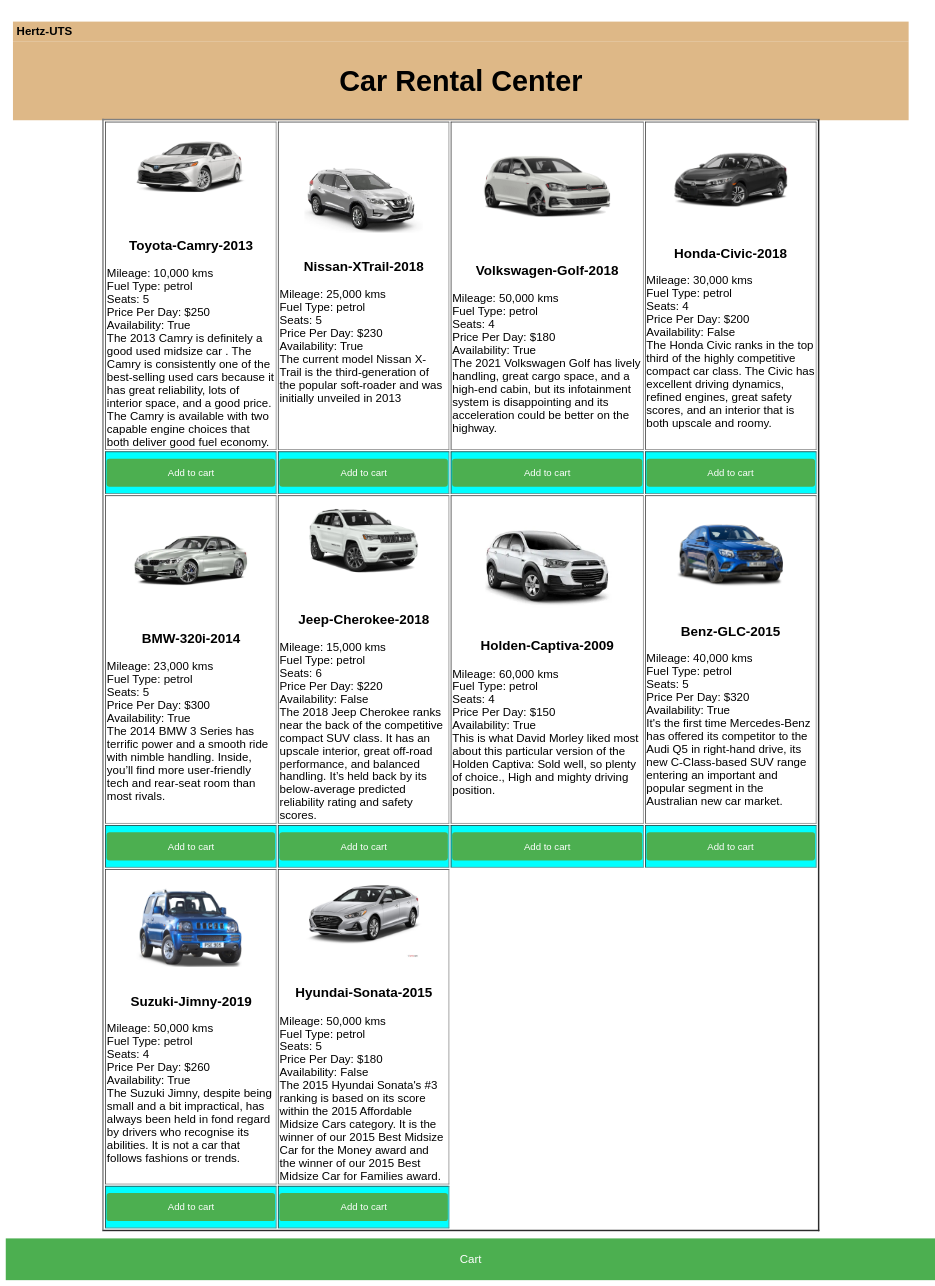
Repository: ThawZin-Raymond/31748-POTI-Car-Rental-System
Page: http://localhost/
The author's editor kept a record of every edit. The page is drawn from the files as they stood at one moment, then again after the next edit.
The browser window is 1280 px wide. The page is 1299 px wide, so the pictures cover 1299 px, including what lies to the right of the window. The pictures show the whole page, at 72% of full size.
The page is run by PHP 8.4 with error messages shown; the project is at /var/www/html/.

Above is the page before.

### index.php
<?php
session_start();
if(!isset($_SESSION['shoppingcart'])){
	$_SESSION['shoppingcart']=0;
	$_SESSION['count']=0;
}
?>

<!DOCTYPE html>
<html>
	<head>
		<script type="text/javascript" src="my.js"></script>
		<title>Car Rental Shop</title>

		<link rel = "stylesheet" href = "mystyle.css">

	</head>

	<body>
		<div class="top_bar">
			<div class="header_bar">
				<div class="header">
					<b>Hertz-UTS</b>
				</div>
				<div align="center" class="header">
					<h1>Car Rental Center</h1>
				</div>

			</div>
		</div>

		<div class="main_body">
			<table class="main_table" align ="center" border="2" width="80%">
				<tr>
					<td class="image_details">
						<img border="0" src="images/Camry.jpg" class="img"><br>
						<h3><a class="title">Toyota-Camry-2013</a></h3>
						<a class="category">Mileage: 10,000 kms</a><br>
						<a class="category">Fuel Type: petrol</a><br>
						<a class="category">Seats: 5</a><br>
						<a class="category">Price Per Day: $250</a><br>
						<a class="category">Availability: True</a><br>
						<a class="category"> The 2013 Camry is definitely a good used midsize car . The Camry is consistently one of the best-selling used cars because it has great reliability, lots of interior space, and a good price. The Camry is available with two capable engine choices that both deliver good fuel economy.</a>

						</td>

					<td  class="image_details" >
						<img border="0" src="images/X-trail.jpg" class="img"><br>
						<h3><a class="title">Nissan-XTrail-2018</a></h3>
						<a class="category">Mileage: 25,000 kms</a><br>
						<a class="category">Fuel Type: petrol</a><br>
						<a class="category">Seats: 5</a><br>
						<a class="category">Price Per Day: $230</a><br>
						<a class="category">Availability: True</a><br>
						<a class="category">The current model Nissan X-Trail is the third-generation of the popular soft-roader and was initially unveiled in 2013</a>
						</td>
					<td class="image_details" >
						<img border="0" src="images/Golf.jpg" class="img"><br>
						<h3><a class="title">Volkswagen-Golf-2018</a></h3>
						<a class="category">Mileage: 50,000 kms</a><br>
						<a class="category">Fuel Type: petrol</a><br>
						<a class="category">Seats: 4</a><br>
						<a class="category">Price Per Day: $180</a><br>
						<a class="category">Availability: True</a><br>
						<a class="category">The 2021 Volkswagen Golf has lively handling, great cargo space, and a high-end cabin, but its infotainment system is disappointing and its acceleration could be better on the highway.</a>
						</td>
					<td class="image_details" >
						<img border="0" src="images/Civic.jpg" class="img"><br>

						<h3><a class="title">Honda-Civic-2018</a></h3>
						<a class="category">Mileage: 30,000 kms</a><br>
						<a class="category">Fuel Type: petrol</a><br>
						<a class="category">Seats: 4</a><br>
						<a class="category">Price Per Day: $200</a><br>
						<a class="category">Availability: False</a><br>
						<a class="category">The Honda Civic ranks in the top third of the highly competitive compact car class. The Civic has excellent driving dynamics, refined engines, great safety scores, and an interior that is both upscale and roomy.</a></td>

						</td>
				<tr>
					<td class="addtocart_td" align="center">
						<form method="POST" action = cart.php onsubmit = "return ValidateAvailability()">
						<input type="hidden" id="ava[0]" name="ava" value="true">
						<input type="hidden" id="Model_year" name="Model_year" value="2013">
						<input type="hidden" id="Brand" name="Brand" value="Toyota">
						<input type="hidden" id="Model" name="Model" value="Camry">
						<input type="hidden" id="Price_per_day" name="Price_per_day" value="250">
						<input type="submit" id="Addcart" name="submit" value="Add to cart"></form>
					</td>
					<td class="addtocart_td" align="center">
						<form method="POST" action = cart.php onsubmit = "return ValidateAvailability1()">
						<input type="hidden" id="ava[1]" name="ava" value="true">
						<input type="hidden" id="Model_year" name="Model_year" value="2018">
						<input type="hidden" id="Brand" name="Brand" value="Nissan">
						<input type="hidden" id="Model" name="Model" value="X-trail">
						<input type="hidden" id="Price_per_day" name="Price_per_day" value="230">
						<input type="submit" id="Addcart" name="submit" value="Add to cart"></form>
					</td>
					<td class="addtocart_td" align="center">
						<form method="POST" action = cart.php onsubmit = "return ValidateAvailability2()">
						<input type="hidden" id="ava[2]" name="ava" value="true">
						<input type="hidden" id="Model_year" name="Model_year" value="2018">
						<input type="hidden" id="Brand" name="Brand" value="Volkswagen">
						<input type="hidden" id="Model" name="Model" value="Golf">
						<input type="hidden" id="Price_per_day" name="Price_per_day" value="180">
						<input type="submit" id="Addcart" name="submit" value="Add to cart"></form>
					</td>
					<td class="addtocart_td" align="center">
						<form method="POST" action = cart.php onsubmit = "return ValidateAvailability3()">
						<input type="hidden" id="ava[3]" name="ava" value="false">
						<input type="hidden" id="Model_year" name="Model_year" value="2018">
						<input type="hidden" id="Brand" name="Brand" value="Honda">
						<input type="hidden" id="Model" name="Model" value="Civic">
						<input type="hidden" id="Price_per_day" name="Price_per_day" value="200">
						<input type="submit" id="Addcart" name="submit" value="Add to cart"></form>
					</td>
				</tr>
				</tr>
					<td class="image_details" >
						<img border="0" src="images/320i.jpg" class="img"><br>
						<h3><a class="title">BMW-320i-2014</a></h3>
						<a class="category">Mileage: 23,000 kms</a><br>
						<a class="category">Fuel Type: petrol</a><br>
						<a class="category">Seats: 5</a><br>
						<a class="category">Price Per Day: $300</a><br>
						<a class="category">Availability: True</a><br>
						<a class="category"> The 2014 BMW 3 Series has terrific power and a smooth ride with nimble handling. Inside, you’ll find more user-friendly tech and rear-seat room than most rivals.</a>

					</td>
					<td class="image_details" >
						<img border="0" src="images/Cherokee.jpg" class="img"><br>
						<h3><a class="title">Jeep-Cherokee-2018</a></h3>
						<a class="category">Mileage: 15,000 kms</a><br>
						<a class="category">Fuel Type: petrol</a><br>
						<a class="category">Seats: 6</a><br>
						<a class="category">Price Per Day: $220</a><br>
						<a class="category">Availability: False</a><br>
						<a class="category">The 2018 Jeep Cherokee ranks near the back of the competitive compact SUV class. It has an upscale interior, great off-road performance, and balanced handling. It’s held back by its below-average predicted reliability rating and safety scores.</a>

					</td>
					<td class="image_details" >
						<img border="0" src="images/Captiva.jpg" class="img"><br>
						<h3><a class="title">Holden-Captiva-2009</a></h3>
						<a class="category">Mileage: 60,000 kms</a><br>
						<a class="category">Fuel Type: petrol</a><br>
						<a class="category">Seats: 4</a><br>
						<a class="category">Price Per Day: $150</a><br>
						<a class="category">Availability: True</a><br>
						<a class="category">This is what David Morley liked most about this particular version of the Holden Captiva: Sold well, so plenty of choice., High and mighty driving position.</a>
					</td>
					<td class="image_details" >
						<img border="0" src="images/GLC.jpg" class="img"><br>
						<h3><a class="title">Benz-GLC-2015</a></h3>
						<a class="category">Mileage: 40,000 kms</a><br>
						<a class="category">Fuel Type: petrol</a><br>
						<a class="category">Seats: 5</a><br>
						<a class="category">Price Per Day: $320</a><br>
						<a class="category">Availability: True</a><br>
						<a class="category">It's the first time Mercedes-Benz has offered its competitor to the Audi Q5 in right-hand drive, its new C-Class-based SUV range entering an important and popular segment in the Australian new car market.</a>

					</td>
				<tr>
					<td class="addtocart_td" align="center">
						<form method="POST" action="cart.php" onsubmit="return ValidateAvailability4();">
						<input type="hidden" id="ava[4]" name="ava" value="true">
						<input type="hidden" id="Model_year" name="Model_year" value="2014">
						<input type="hidden" id="Brand" name="Brand" value="BMW">
						<input type="hidden" id="Model" name="Model" value="320i">
						<input type="hidden" id="Price_per_day" name="Price_per_day" value="300">

						<input type="submit" id="submit" name="submit" value="Add to cart">
						</form>
					</td>
					<td class="addtocart_td" align="center">
						<form method="POST" action = cart.php onsubmit = "return ValidateAvailability5()">
						<input type="hidden" id="ava[5]" name="ava" value="false">
						<input type="hidden" id="Model_year" name="Model_year" value="2018">
						<input type="hidden" id="Brand" name="Brand" value="Jeep">
						<input type="hidden" id="Model" name="Model" value="Cherokee">
						<input type="hidden" id="Price_per_day" name="Price_per_day" value="220">
						<input type="submit" id="Addcart" name="submit" value="Add to cart">
						</form>
					</td>
					<td class="addtocart_td" align="center">
						<form method="POST" action = cart.php onsubmit = "return ValidateAvailability6()">
						<input type="hidden" id="ava[6]" name="ava" value="true">
						<input type="hidden" id="Model_year" name="Model_year" value="2009">
						<input type="hidden" id="Brand" name="Brand" value="Holden">
						<input type="hidden" id="Model" name="Model" value="Captiva">
						<input type="hidden" id="Price_per_day" name="Price_per_day" value="150">
						<input type="submit" id="Addcart" name="submit" value="Add to cart">
						</form>
					</td>
					<td class="addtocart_td" align="center">
						<form method="POST" action = cart.php onsubmit = "return ValidateAvailability7()">
						<input type="hidden" id="ava[7]" name="ava" value="true">
						<input type="hidden" id="Model_year" name="Model_year" value="2015">
						<input type="hidden" id="Brand" name="Brand" value="Benz">
						<input type="hidden" id="Model" name="Model" value="GLC">
						<input type="hidden" id="Price_per_day" name="Price_per_day" value="320">
						<input type="submit" id="Addcart" name="submit" value="Add to cart"></form>
					</td>

				</tr>
				<tr>
					<td class="image_details" >
						<img border="0" src="images/Jimny.jpg" class="img"><br>
						<h3><a class="title">Suzuki-Jimny-2019</a></h3>
						<a class="category">Mileage: 50,000 kms</a><br>
						<a class="category">Fuel Type: petrol</a><br>
						<a class="category">Seats: 4</a><br>
						<a class="category">Price Per Day: $260</a><br>
						<a class="category">Availability: True</a><br>
						<a class="category"> The Suzuki Jimny, despite being small and a bit impractical, has always been held in fond regard by drivers who recognise its abilities. It is not a car that follows fashions or trends.</a>
					</td>
					<td class="image_details" >
						<img border="0" src="images/Sonata.jpg" class="img"><br>
						<h3><a class="title">Hyundai-Sonata-2015</a></h3>
						<a class="category">Mileage: 50,000 kms</a><br>
						<a class="category">Fuel Type: petrol</a><br>
						<a class="category">Seats: 5</a><br>
						<a class="category">Price Per Day: $180</a><br>
						<a class="category">Availability: False</a><br>
						<a class="category">The 2015 Hyundai Sonata's #3 ranking is based on its score within the 2015 Affordable Midsize Cars category. It is the winner of our 2015 Best Midsize Car for the Money award and the winner of our 2015 Best Midsize Car for Families award.</a>

					</td>
				</tr>
				<tr >
					<td class="addtocart_td" align="center">
						<form method="POST" action = cart.php onsubmit = "return ValidateAvailability8()">
						<input type="hidden" id="ava[8]" name="ava" value="true">
						<input type="hidden" id="Model_year" name="Model_year" value="2019">
						<input type="hidden" id="Brand" name="Brand" value="Suzuki">
						<input type="hidden" id="Model" name="Model" value="Jimny">
						<input type="hidden" id="Price_per_day" name="Price_per_day" value="260">
						<input type="submit" id="Addcart" name="submit" value="Add to cart">
						</form>
					</td>
					<td class="addtocart_td" align="center">
						<form method="POST" action =cart.php onsubmit = "return ValidateAvailability9()">
						<input type="hidden" id="ava[9]" name="ava" value="true">
						<input type="hidden" id="Model_year" name="Model_year" value="2015">
						<input type="hidden" id="Brand" name="Brand" value="Hyundai">
						<input type="hidden" id="Model" name="Model" value="Sonata">
						<input type="hidden" id="Price_per_day" name="Price_per_day" value="180">
						<input type="submit" id="Addcart" name="submit" value="Add to cart">
						</form>
					</td>
				</tr>

			</table>
		</div>
		<div >
			<a  href="cart.php" align="center" class="button" >Cart</a>
		</div>


	</body>

</html>

### my.js

function ValidateAvailability(){

		var valid= document.getElementById("ava[0]").value;

		if (valid == "true"){
			alert("Successfully added to cart");
	    return true;
		}else if(valid =="false"){
			alert("Sorry,this car is unavailable now, Please try other cars.");
		return false;}

}

function ValidateAvailability1(){

		var valid1= document.getElementById("ava[1]").value;

	    if (valid1 == "true"){
			alert("Successfully added to cart");
	    return true;
		}else if(valid1 =="false"){
			alert("Sorry,this car is unavailable now, Please try other cars.");
		return false;}
}

function ValidateAvailability2(){

		var valid2= document.getElementById("ava[2]").value;

	    if (valid2 == "true"){
			alert("Successfully added to cart");
	    return true;
		}else if(valid2 =="false"){
			alert("Sorry,this car is unavailable now, Please try other cars.");
		return false;}
}

function ValidateAvailability3(){

		var valid3= document.getElementById("ava[3]").value;

	    if (valid3 == "true"){
			alert("Successfully added to cart");
	    return true;
		}else if(valid3 =="false"){
			alert("Sorry,this car is unavailable now, Please try other cars.");
		return false;}
}

function ValidateAvailability4(){

		var valid4= document.getElementById("ava[4]").value;

	    if (valid4 == "true"){
			alert("Successfully added to cart");
	    return true;
		}else if(valid4 =="false"){
			alert("Sorry,this car is unavailable now, Please try other cars.");
		return false;}

}

function ValidateAvailability5(){

		var valid5= document.getElementById("ava[5]").value;

	    if (valid5 == "true"){
			alert("Successfully added to cart");
	    return true;
		}else if(valid5 =="false"){
			alert("Sorry,this car is unavailable now, Please try other cars.");
		return false;}
}
function ValidateAvailability6(){

		var valid6= document.getElementById("ava[6]").value;

	    if (valid6 == "true"){
			alert("Successfully added to cart");
	    return true;
		}else if(valid6 =="false"){
			alert("Sorry,this car is unavailable now, Please try other cars.");
		return false;}
}

function ValidateAvailability7(){

		var valid7= document.getElementById("ava[7]").value;

	    if (valid7 == "true"){
			alert("Successfully added to cart");
	    return true;
		}else if(valid7 =="false"){
			alert("Sorry,this car is unavailable now, Please try other cars.");
		return false;}
}

function ValidateAvailability8(){

		var valid8= document.getElementById("ava[8]").value;

	    if (valid8 == "true"){
			alert("Successfully added to cart");
	    return true;
		}else if(valid8 =="false"){
			alert("Sorry,this car is unavailable now, Please try other cars.");
		return false;}
}

function ValidateAvailability9(){

		var valid9= document.getElementById("ava[9]").value;

	    if (valid9 == "true"){
			alert("Successfully added to cart");
	    return true;
		}else if(valid9 =="false"){
			alert("Sorry,this car is unavailable now, Please try other cars.");
		return false;}
}


function ValidationCart(){
	var symbols = "ABCDEFGHIJKLMNOPQRSTUVWXYZ";
	var quantity = document.getElementById("quantity").value;
	var count=document.getElementById("count").value;
	var i =0;
	var text="days";
	if (quantity == 0){
		alert("No car has been reserved");
		return true;
	}
	for (i=0;i<=count;i++){



		var days = document.getElementById(text+i).value;
		if (days <= 0){
			alert("day must be greater than 0");
			return false;
		}
	}
		return true;

}


function validationContact(){
	var name = document.getElementById("name").value;
	var email = document.getElementById("email").value;
	var address=document.getElementById("address").value;
	var city=document.getElementById("city").value;
	var state=document.getElementById("state").value;
	var country=document.getElementById("country").value;
	var post=document.getElementById("post").value;
	var email_regExp = RegExp(/^\w+([\.-]?\w+)*@\w+([\.-]?\w+)*(\.\w{2,3})+$/);


if( name ==""){
	alert("Please complete your name");
	return false;
}
if (email_regExp.exec(email)==null || email_regExp.exec(email) == ""){
    alert("Please check your email or complete it");
	return false;
 }

if (address ==""){
	alert("Please complete your address");
	return false;
}
if (city ==""){
	alert("Please complete your City");
	return false;
}
if (state ==""){
	alert("Please complete your State");
	return false;
}
if (country ==""){
	alert("Please complete your Country");
	return false;
   }
 if(post==""){
     alert("Please complete your PostCode");
     return false;
 }
return true;
}

### mystyle.css

.top_bar {
    background-color:white;
    padding:10px;
    margin:20px auto -22px auto;
}
body {
    font-family: Arial, Helvetica, sans-serif;
}

.header {
    padding: 5px;
    background: BurlyWood;
}
.header h1 {
    font-size: 40px;
}
.top_right {
    float:right;
}
.main_body {
    padding: 10px;
}
.img {
    width:70%;
    height:30%;
    display: block;
    margin-left: auto;
    margin-right: auto;
}

.image_details {
    background-color: white;
    width:100px;

}




.addtocart_td {
    background-color: cyan;
    width:100px;

}
input[type=submit] {
    width: 100%;
    background-color: #4CAF50;
    color: white;
    padding: 12px 12px;
    margin: 8px 0;
    border: none;
    border-radius: 4px;
    cursor: pointer;
}
input[type=submit]:hover {
  background-color: #45a049;

}

.button {
     background-color: #4CAF50;
     color: white;
     padding: 20px;
     width:99%;
     text-align: center;
     text-decoration: none;
     display: inline-block;

}


.button:hover {
  background-color: #45a049;

}


h3 {
    text-align: center;
}

.cart_table {
    width:70%;
}
.cart_img{
    width:10%;
    height:5%;
    display: block;
    margin-left: auto;
    margin-right: auto;
}

After the next edit:
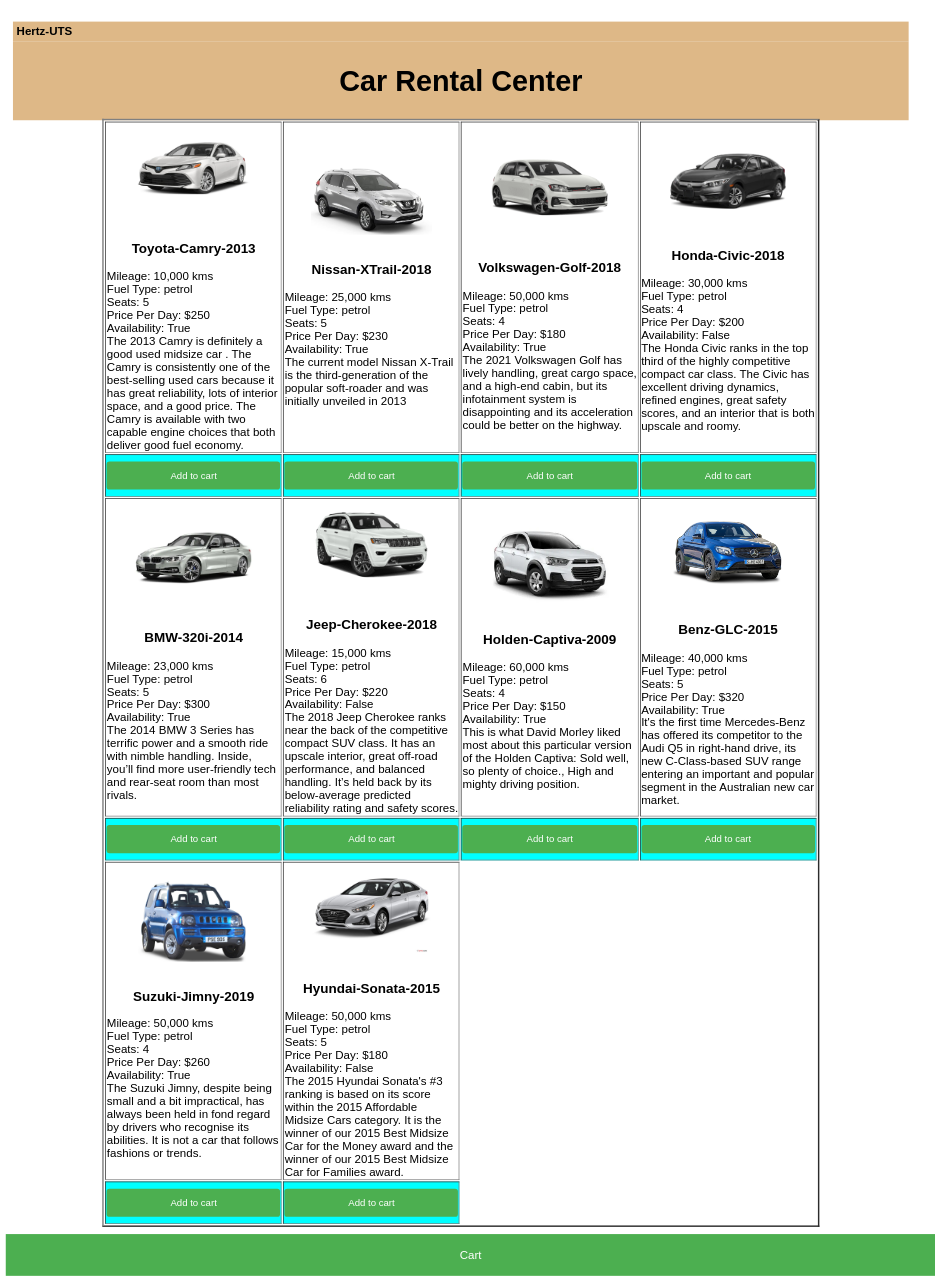
The edit:
--- a/mystyle.css
+++ b/mystyle.css
@@ -47,7 +47,7 @@
     width: 100%;
     background-color: #4CAF50;
     color: white;
-    padding: 12px 12px;
+    padding: 12px 24px;
     margin: 8px 0;
     border: none;
     border-radius: 4px;
